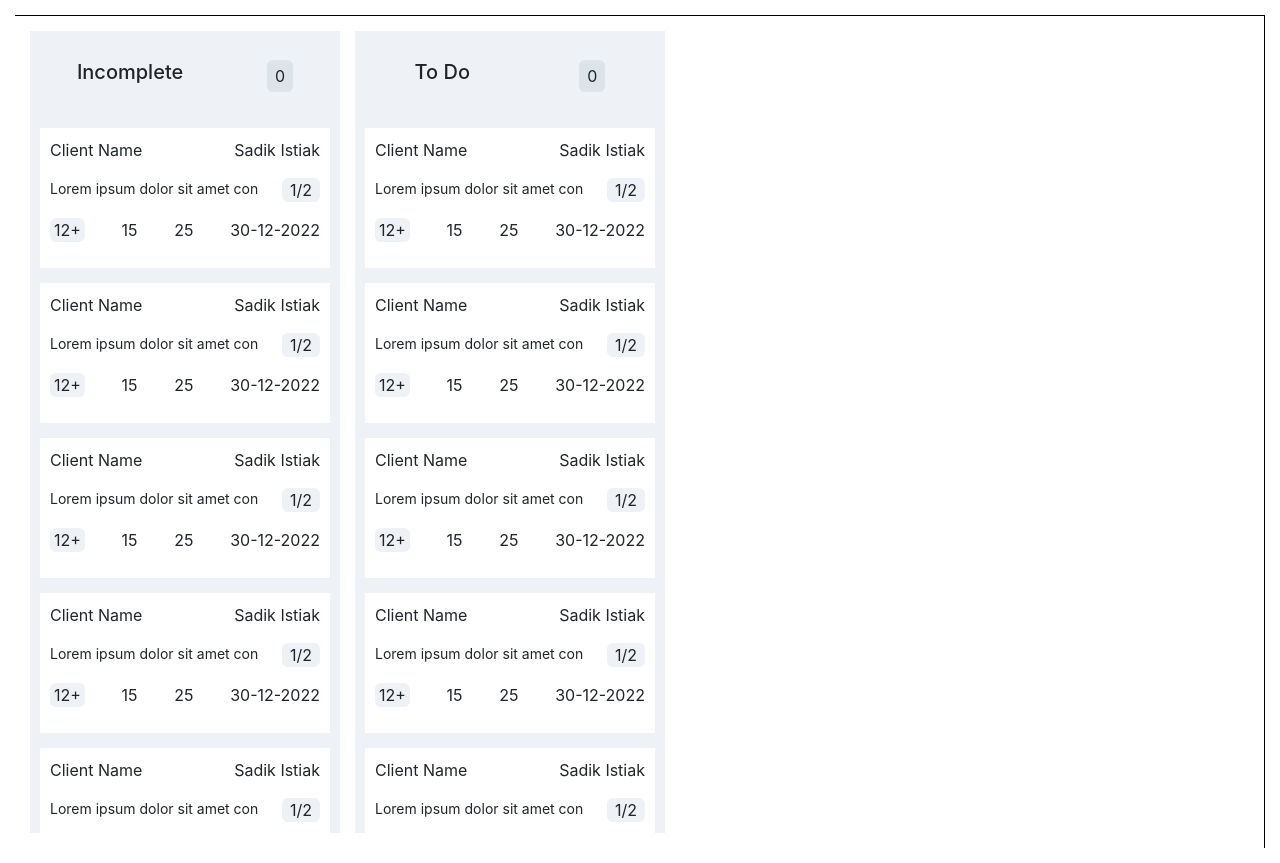
Repository: Sharif-00112/dashboard-task-frontend
Page: /
The author's editor kept a copy of each file at every save. The page is drawn from the files as they stood at one save, then again after the next save.
The browser window is 1280 px wide. The pictures show the whole page.
The project was rebuilt for these pictures with package versions that can differ from the ones it lists, and the page was loaded fresh each time.

Above is the page before, as saved 2023-01-29 20:46:52.

### public/index.html
<!DOCTYPE html>
<html lang="en">
  <head>
    <meta charset="utf-8" />
    <link rel="icon" href="%PUBLIC_URL%/favicon.ico" />
    <meta name="viewport" content="width=device-width, initial-scale=1" />
    <meta name="theme-color" content="#000000" />
    <meta
      name="description"
      content="Web site created using create-react-app"
    />
    <!-- <script src="https://kit.fontawesome.com/eb9242a349.js" crossorigin="anonymous"></script>
    <link rel="stylesheet" href="https://kit.fontawesome.com/eb9242a349.css" crossorigin="anonymous"> -->

    <link rel="apple-touch-icon" href="%PUBLIC_URL%/logo192.png" />
    <!--
      manifest.json provides metadata used when your web app is installed on a
      user's mobile device or desktop. See https://developers.google.com/web/fundamentals/web-app-manifest/
    -->
    <link rel="manifest" href="%PUBLIC_URL%/manifest.json" />
    <!--
      Notice the use of %PUBLIC_URL% in the tags above.
      It will be replaced with the URL of the `public` folder during the build.
      Only files inside the `public` folder can be referenced from the HTML.

      Unlike "/favicon.ico" or "favicon.ico", "%PUBLIC_URL%/favicon.ico" will
      work correctly both with client-side routing and a non-root public URL.
      Learn how to configure a non-root public URL by running `npm run build`.
    -->
    <title>React App</title>
  </head>
  <body>
    <noscript>You need to enable JavaScript to run this app.</noscript>
    <div id="root"></div>
    <!--
      This HTML file is a template.
      If you open it directly in the browser, you will see an empty page.

      You can add webfonts, meta tags, or analytics to this file.
      The build step will place the bundled scripts into the <body> tag.

      To begin the development, run `npm start` or `yarn start`.
      To create a production bundle, use `npm run build` or `yarn build`.
    -->
  </body>
</html>

### src/index.js
import React from 'react';
import 'bootstrap/dist/css/bootstrap.css';
import ReactDOM from 'react-dom/client';
import './index.css';
import App from './App';
import reportWebVitals from './reportWebVitals';

const root = ReactDOM.createRoot(document.getElementById('root'));
root.render(
  <React.StrictMode>
    <App />
  </React.StrictMode>
);

// If you want to start measuring performance in your app, pass a function
// to log results (for example: reportWebVitals(console.log))
// or send to an analytics endpoint. Learn more: https://bit.ly/CRA-vitals
reportWebVitals();

### src/App.js
import './App.css';
import Dashboard from './Components/Dashboard';
import './Components/styles.css'

function App() {
  return (
    <div className="App">
      <Dashboard></Dashboard>
    </div>
  );
}

export default App;

### src/Components/Dashboard.js
import React from 'react';
import Incomplete from './Incomplete';
import ToDo from './ToDo';
import Doing from './Doing'
import UnderReview from './UnderReview'
import Completed from './Completed'
import Overdue from './Overdue'

const Dashboard = () => {
    return (
        <div className='dashboard landing'  style={{overflowX:"scroll"}} >
            <Incomplete></Incomplete>
            <ToDo></ToDo>
            <Doing></Doing>
            <UnderReview></UnderReview>
            <Completed></Completed>
            <Overdue></Overdue>
        </div>
    );
};

export default Dashboard;

### src/Components/styles.css
.background{
    background-color: rgb(238, 241, 245);
}

.background-top{
    background-color: rgb(220, 228, 233);
}

.section-container{
    width: 310px;
    height: 100vh;
}

.task-part{
    display: flex;
    justify-content: space-between;
}

.task-title{
    display: flex;
    justify-content: space-around;
    padding: 5px;
}

.task{
    background-color: white;
    margin: 15px 10px;
    padding: 10px;
}

.dashboard{
    display: grid;
    grid-template-columns: 1fr 1fr 1fr 1fr 1fr 1fr;
    grid-gap: 15px;
}

.landing{
    border-top: 1px solid black;
    border-right: 1px solid black;
    padding: 15px;
    margin: 15px;
    width: auto;
}

### src/Components/Incomplete.js
import React, { useState } from 'react';
import { useEffect } from 'react';
import './styles.css';
import Task from './Task';

const Incomplete = () => {
    const [tasks, setTasks] = useState([]);
    useEffect( ()=> {
        fetch('./tasks.JSON')
        .then(res => res.json())
        .then(data => setTasks(data))
    } ,[])
    return (
        <div className='background pt-4'>
            <div className="task-title">
                <h5>Incomplete</h5>
                <p className='background-top px-2 py-1 rounded'>0</p>
            </div>
            <div style={{overflowY:"scroll"}} className="section-container">
                <div className="task-container">
                    {
                        tasks.map(task => <Task
                            key={task.taskNo}
                            task={task}
                        ></Task>)
                    }
                </div>
            </div>
        </div>
    );
};

export default Incomplete;

### src/Components/ToDo.js
import React, { useState } from 'react';
import { useEffect } from 'react';
import './styles.css';
import Task from './Task';

const ToDo = () => {
    const [tasks, setTasks] = useState([]);
    useEffect( ()=> {
        fetch('./tasks.JSON')
        .then(res => res.json())
        .then(data => setTasks(data))
    } ,[])
    return (
        <div className='background pt-4'>
            <div className="task-title">
                <h5>To Do</h5>
                <p className='background-top px-2 py-1 rounded'>0</p>
            </div>
            <div style={{overflowY:"scroll"}} className="section-container">
                <div className="task-container">
                    {
                        tasks.map(task => <Task
                            key={task.taskNo}
                            task={task}
                        ></Task>)
                    }
                </div>
            </div>
        </div>
    );
};

export default ToDo;

### src/Components/Doing.js
import React from 'react';

const Doing = () => {
    return (
        <div>

        </div>
    );
};

export default Doing;

### src/Components/UnderReview.js
import React from 'react';

const UnderReview = () => {
    return (
        <div>

        </div>
    );
};

export default UnderReview;

### src/Components/Completed.js
import React from 'react';

const Completed = () => {
    return (
        <div>

        </div>
    );
};

export default Completed;

### src/Components/Overdue.js
import React from 'react';

const Overdue = () => {
    return (
        <div>

        </div>
    );
};

export default Overdue;

### src/Components/Task.js
import React from 'react';
import './styles.css';

const Task = (props) => {
    const {clientName, clientImg, supervisorName, supervisorImg, taskSummary, progress, staff1Img, staff2Img, modules, message, attachment, date} = props.task;
    return (
        <div className='task'>
            <div className="task-part">

                <p>{clientName}</p>
                <p>{supervisorName}</p>
            </div>
            <div className="task-part">
                <small>{taskSummary.substring(0,30)}</small>
                <p className='background px-2 rounded'>{progress}</p>
            </div>
            <div className="task-part">
                <p className='background px-1 rounded'>{modules}+</p>
                <p>{message}</p>
                <p>{attachment}</p>
                <p>{date}</p>
            </div>
        </div>
    );
};

export default Task;

### public/tasks.JSON
[
  {
    "taskNo": 1,
    "clientName": "Client Name",
    "clientImg": "clientIMG.jpg",
    "supervisorName": "Sadik Istiak",
    "supervisorImg": "supervisorIMG.jpg",
    "taskSummary": "Lorem ipsum dolor sit amet consectetur adipisicing elit. Pariatur velit nemo accusamus. Dolorum, doloribus quisquam unde repellat iusto voluptatum quasi?",
    "progress": "1/2",
    "staff1Img": "staff1.jpg",
    "staff2Img": "staff2.jpg",
    "modules": 12,
    "message": 15,
    "attachment": 25,
    "date": "30-12-2022"
  },
  {
    "taskNo": 2,
    "clientName": "Client Name",
    "clientImg": "clientIMG.jpg",
    "supervisorName": "Sadik Istiak",
    "supervisorImg": "supervisorIMG.jpg",
    "taskSummary": "Lorem ipsum dolor sit amet consectetur adipisicing elit. Pariatur velit nemo accusamus. Dolorum, doloribus quisquam unde repellat iusto voluptatum quasi?",
    "progress": "1/2",
    "staff1Img": "staff1.jpg",
    "staff2Img": "staff2.jpg",
    "modules": 12,
    "message": 15,
    "attachment": 25,
    "date": "30-12-2022"
  },
  {
    "taskNo": 3,
    "clientName": "Client Name",
    "clientImg": "clientIMG.jpg",
    "supervisorName": "Sadik Istiak",
    "supervisorImg": "supervisorIMG.jpg",
    "taskSummary": "Lorem ipsum dolor sit amet consectetur adipisicing elit. Pariatur velit nemo accusamus. Dolorum, doloribus quisquam unde repellat iusto voluptatum quasi?",
    "progress": "1/2",
    "staff1Img": "staff1.jpg",
    "staff2Img": "staff2.jpg",
    "modules": 12,
    "message": 15,
    "attachment": 25,
    "date": "30-12-2022"
  },
  {
    "taskNo": 4,
    "clientName": "Client Name",
    "clientImg": "clientIMG.jpg",
    "supervisorName": "Sadik Istiak",
    "supervisorImg": "supervisorIMG.jpg",
    "taskSummary": "Lorem ipsum dolor sit amet consectetur adipisicing elit. Pariatur velit nemo accusamus. Dolorum, doloribus quisquam unde repellat iusto voluptatum quasi?",
    "progress": "1/2",
    "staff1Img": "staff1.jpg",
    "staff2Img": "staff2.jpg",
    "modules": 12,
    "message": 15,
    "attachment": 25,
    "date": "30-12-2022"
  },
  {
    "taskNo": 5,
    "clientName": "Client Name",
    "clientImg": "clientIMG.jpg",
    "supervisorName": "Sadik Istiak",
    "supervisorImg": "supervisorIMG.jpg",
    "taskSummary": "Lorem ipsum dolor sit amet consectetur adipisicing elit. Pariatur velit nemo accusamus. Dolorum, doloribus quisquam unde repellat iusto voluptatum quasi?",
    "progress": "1/2",
    "staff1Img": "staff1.jpg",
    "staff2Img": "staff2.jpg",
    "modules": 12,
    "message": 15,
    "attachment": 25,
    "date": "30-12-2022"
  },
  {
    "taskNo": 6,
    "clientName": "Client Name",
    "clientImg": "clientIMG.jpg",
    "supervisorName": "Sadik Istiak",
    "supervisorImg": "supervisorIMG.jpg",
    "taskSummary": "Lorem ipsum dolor sit amet consectetur adipisicing elit. Pariatur velit nemo accusamus. Dolorum, doloribus quisquam unde repellat iusto voluptatum quasi?",
    "progress": "1/2",
    "staff1Img": "staff1.jpg",
    "staff2Img": "staff2.jpg",
    "modules": 12,
    "message": 15,
    "attachment": 25,
    "date": "30-12-2022"
  },
  {
    "taskNo": 7,
    "clientName": "Client Name",
    "clientImg": "clientIMG.jpg",
    "supervisorName": "Sadik Istiak",
    "supervisorImg": "supervisorIMG.jpg",
    "taskSummary": "Lorem ipsum dolor sit amet consectetur adipisicing elit. Pariatur velit nemo accusamus. Dolorum, doloribus quisquam unde repellat iusto voluptatum quasi?",
    "progress": "1/2",
    "staff1Img": "staff1.jpg",
    "staff2Img": "staff2.jpg",
    "modules": 12,
    "message": 15,
    "attachment": 25,
    "date": "30-12-2022"
  },
  {
    "taskNo": 8,
    "clientName": "Client Name",
    "clientImg": "clientIMG.jpg",
    "supervisorName": "Sadik Istiak",
    "supervisorImg": "supervisorIMG.jpg",
    "taskSummary": "Lorem ipsum dolor sit amet consectetur adipisicing elit. Pariatur velit nemo accusamus. Dolorum, doloribus quisquam unde repellat iusto voluptatum quasi?",
    "progress": "1/2",
    "staff1Img": "staff1.jpg",
    "staff2Img": "staff2.jpg",
    "modules": 12,
    "message": 15,
    "attachment": 25,
    "date": "30-12-2022"
  },
  {
    "taskNo": 9,
    "clientName": "Client Name",
    "clientImg": "clientIMG.jpg",
    "supervisorName": "Sadik Istiak",
    "supervisorImg": "supervisorIMG.jpg",
    "taskSummary": "Lorem ipsum dolor sit amet consectetur adipisicing elit. Pariatur velit nemo accusamus. Dolorum, doloribus quisquam unde repellat iusto voluptatum quasi?",
    "progress": "1/2",
    "staff1Img": "staff1.jpg",
    "staff2Img": "staff2.jpg",
    "modules": 12,
    "message": 15,
    "attachment": 25,
    "date": "30-12-2022"
  },
  {
    "taskNo": 10,
    "clientName": "Client Name",
    "clientImg": "clientIMG.jpg",
    "supervisorName": "Sadik Istiak",
    "supervisorImg": "supervisorIMG.jpg",
    "taskSummary": "Lorem ipsum dolor sit amet consectetur adipisicing elit. Pariatur velit nemo accusamus. Dolorum, doloribus quisquam unde repellat iusto voluptatum quasi?",
    "progress": "1/2",
    "staff1Img": "staff1.jpg",
    "staff2Img": "staff2.jpg",
    "modules": 12,
    "message": 15,
    "attachment": 25,
    "date": "30-12-2022"
  }
]

Loaded but not shown: src/index.css (common file); src/reportWebVitals.js (common file); src/App.css (common file)

After the next save:
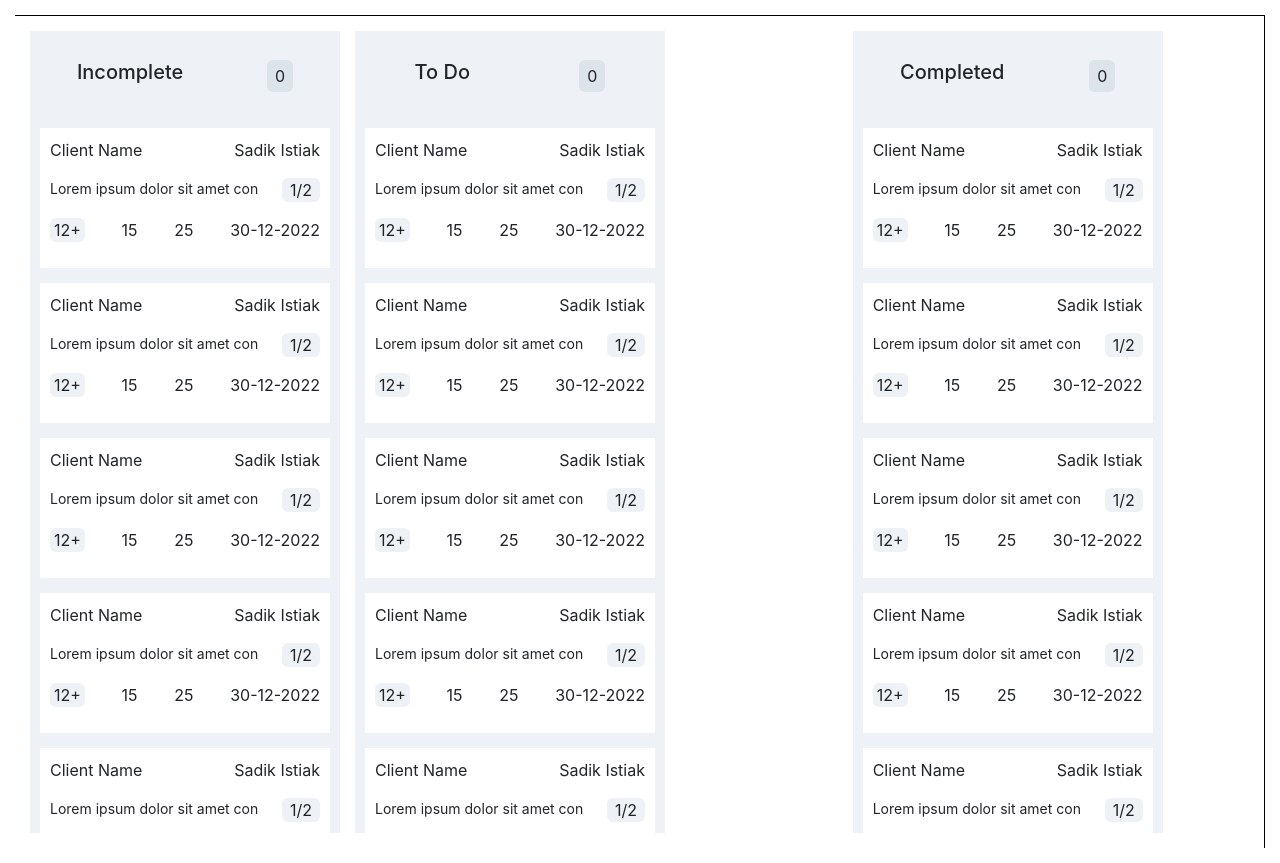
Saved 84 s later.
--- a/src/Components/Completed.js
+++ b/src/Components/Completed.js
@@ -1,9 +1,31 @@
-import React from 'react';
+import React, { useState } from 'react';
+import { useEffect } from 'react';
+import './styles.css';
+import Task from './Task';
 
 const Completed = () => {
+    const [tasks, setTasks] = useState([]);
+    useEffect( ()=> {
+        fetch('./tasks.JSON')
+        .then(res => res.json())
+        .then(data => setTasks(data))
+    } ,[])
     return (
-        <div>
-
+        <div className='background pt-4'>
+            <div className="task-title">
+                <h5>Completed</h5>
+                <p className='background-top px-2 py-1 rounded'>0</p>
+            </div>
+            <div style={{overflowY:"scroll"}} className="section-container">
+                <div className="task-container">
+                    {
+                        tasks.map(task => <Task
+                            key={task.taskNo}
+                            task={task}
+                        ></Task>)
+                    }
+                </div>
+            </div>
         </div>
     );
 };
